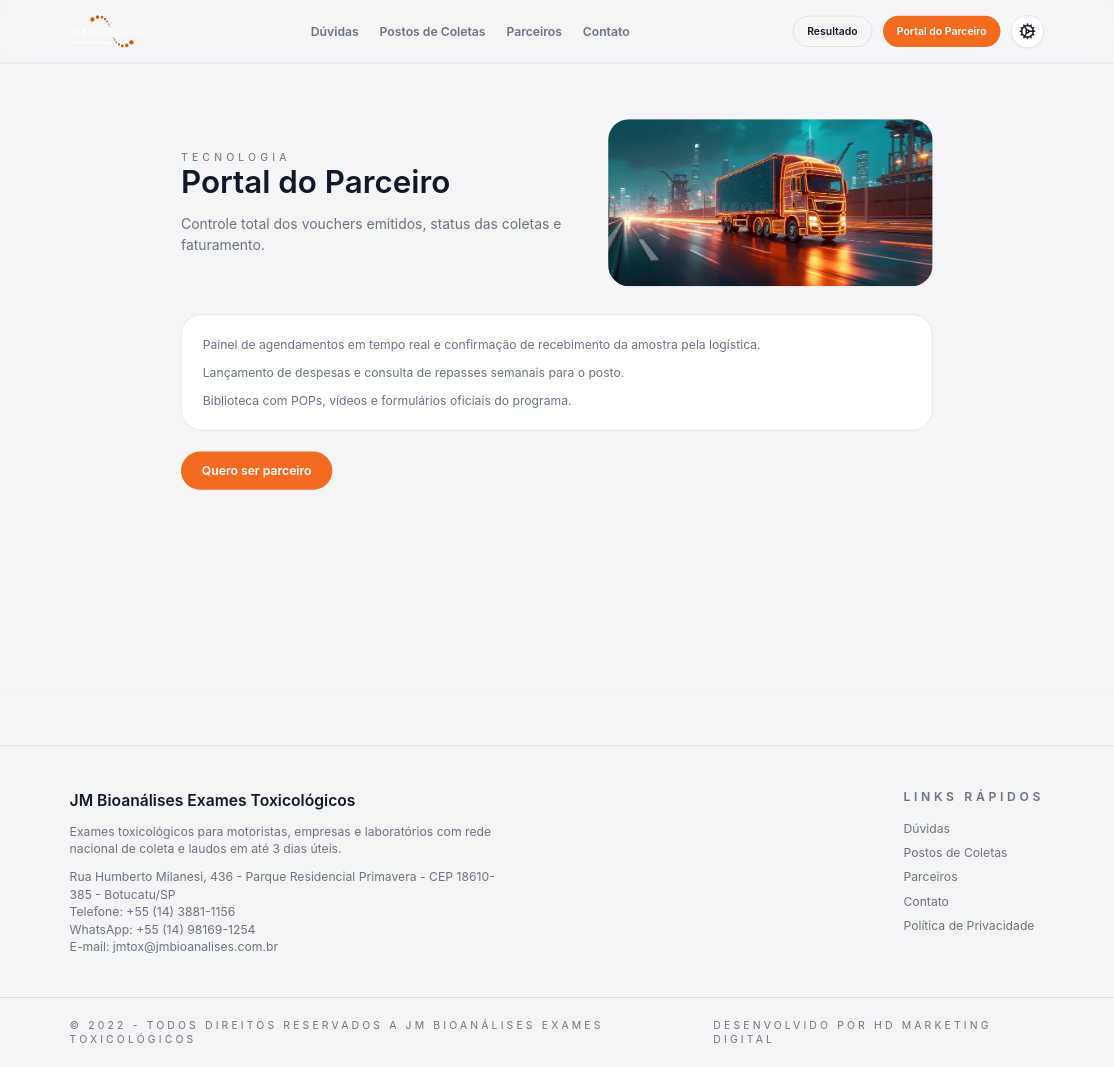
Repository: 1xLab/cat1
Page: /app/parceiros
An editor plug-in stored every save of this project. The page is shown before and after the next save, followed by the edit.
The browser window is 1280 px wide. The pictures show the whole page, at 87% of full size.
The page's requests for data from a server got no answer. The project was rebuilt for these pictures with package versions that can differ from the ones it lists, and the page was loaded fresh each time. The framework's server and built-in components were replaced by stand-ins that run in the browser. No one was signed in, and anything a server would have sent is missing. Also part of the build but not shown: next.config.ts.

Above is the page before, as saved 2025-11-19 21:20:38.

### src/app/layout.tsx
import type { Metadata } from "next";
import { Geist, Geist_Mono } from "next/font/google";
import "./globals.css";

import { Header } from "@/components/layout/header";
import { Footer } from "@/components/layout/footer";
import { baseMetadata } from "@/lib/seo";
import { LabSchema } from "@/components/seo/lab-schema";
import { TagManager } from "@/components/analytics/tag-manager";

const geistSans = Geist({
  variable: "--font-geist-sans",
  subsets: ["latin"],
});

const geistMono = Geist_Mono({
  variable: "--font-geist-mono",
  subsets: ["latin"],
});

export const metadata: Metadata = baseMetadata;

export default function RootLayout({
  children,
}: Readonly<{
  children: React.ReactNode;
}>) {
  return (
    <html lang="pt-BR" data-theme="sunrise">
      <body className={`${geistSans.variable} ${geistMono.variable} antialiased`}>
        <TagManager />
        <LabSchema />
        <Header />
        <main className="min-h-screen bg-[var(--color-bg)] text-[var(--color-text)]">
          {children}
        </main>
        <Footer />
      </body>
    </html>
  );
}

### src/app/app/parceiros/page.tsx
import Image from "next/image";
import type { Metadata } from "next";
import { Button } from "@/components/ui/button";

const illustration = "/imagens/caminhao1.jpg";

export const metadata: Metadata = {
  title: "App Parceiros | JM Tox",
};

export default function AppParceirosPage() {
  return (
    <section className="mx-auto max-w-4xl px-4 py-16">
      <div className="grid gap-6 md:grid-cols-[1fr_0.8fr] md:items-center">
        <div>
          <p className="text-xs uppercase tracking-[0.4em] text-[var(--color-text-muted)]">
            Tecnologia
          </p>
          <h1 className="text-4xl font-semibold text-[var(--color-text)]">
            Portal do Parceiro
          </h1>
          <p className="mt-4 text-[var(--color-text-muted)]">
            Controle total dos vouchers emitidos, status das coletas e
            faturamento.
          </p>
        </div>
        <div className="relative h-48 rounded-3xl">
          <Image
            src={illustration}
            alt="Painel do parceiro"
            fill
            className="rounded-3xl object-cover"
            sizes="(min-width: 768px) 350px, 100vw"
          />
        </div>
      </div>
      <ul className="mt-8 space-y-3 rounded-3xl border border-[var(--color-outline)] bg-[var(--color-surface)] p-6 text-sm text-[var(--color-text-muted)]">
        <li>
          Painel de agendamentos em tempo real e confirmação de recebimento da
          amostra pela logística.
        </li>
        <li>
          Lançamento de despesas e consulta de repasses semanais para o posto.
        </li>
        <li>
          Biblioteca com POPs, vídeos e formulários oficiais do programa.
        </li>
      </ul>
      <Button className="mt-6" asChild>
        <a href="/parceiros">Quero ser parceiro</a>
      </Button>
    </section>
  );
}

### src/app/globals.css
@tailwind base;
@tailwind components;
@tailwind utilities;

:root {
  --color-bg: #f5f5f7;
  --color-surface: #ffffff;
  --color-text: #111827;
  --color-text-muted: #6b7280;
  --color-primary: #f26b21;
  --color-primary-dark: #c65310;
  --color-header: #050608;
  --color-outline: rgba(15, 23, 42, 0.1);
}

[data-theme="sunrise"] {
  --color-bg: #f5f5f7;
  --color-surface: #ffffff;
  --color-text: #111827;
  --color-text-muted: #6b7280;
  --color-primary: #f26b21;
  --color-primary-dark: #c65310;
  --color-header: #050608;
}

[data-theme="midnight"] {
  --color-bg: #050608;
  --color-surface: #111827;
  --color-text: #f9fafb;
  --color-text-muted: #9ca3af;
  --color-primary: #f26b21;
  --color-primary-dark: #f26b21;
  --color-header: #000000;
  --color-outline: rgba(255, 255, 255, 0.1);
}

[data-theme="clinical"] {
  --color-bg: #f3f6fb;
  --color-surface: #ffffff;
  --color-text: #0f172a;
  --color-text-muted: #3f4d63;
  --color-primary: #2563eb;
  --color-primary-dark: #1d4ed8;
  --color-header: #0f172a;
  --color-outline: rgba(15, 23, 42, 0.08);
}

[data-theme="high-contrast"] {
  --color-bg: #000000;
  --color-surface: #000000;
  --color-text: #ffffff;
  --color-text-muted: #f3f4f6;
  --color-primary: #ffbf00;
  --color-primary-dark: #f59e0b;
  --color-header: #000000;
  --color-outline: rgba(255, 255, 255, 0.2);
}

[data-theme="dark"] {
  --color-bg: #111436;
  --color-surface: rgba(255, 255, 255, 0.08);
  --color-text: #fefefe;
  --color-text-muted: #d4ddff;
  --color-primary: #f97316;
  --color-primary-dark: #ea580c;
  --color-header: rgba(17, 20, 54, 0.9);
  --color-outline: rgba(255, 255, 255, 0.2);
}

@layer base {
  * {
    box-sizing: border-box;
  }

  body {
    background: var(--color-bg);
    color: var(--color-text);
    font-family: "Inter", system-ui, -apple-system, BlinkMacSystemFont,
      "Segoe UI", sans-serif;
    min-height: 100vh;
  }
}

@layer utilities {
  .text-balance {
    text-wrap: balance;
  }

  .glass-panel {
    background: color-mix(in srgb, var(--color-surface) 90%, transparent);
    backdrop-filter: blur(18px);
    border: 1px solid color-mix(in srgb, var(--color-outline) 80%, transparent);
    border-radius: 1.5rem;
    box-shadow: 0 15px 45px rgba(15, 23, 42, 0.12);
  }
}

### src/components/layout/header.tsx
import Image from "next/image";
import Link from "next/link";
import { ThemeSwitcher } from "@/components/theme-switcher";
import { Button } from "@/components/ui/button";

const navItems = [
  { label: "Dúvidas", href: "/duvidas-frequentes" },
  { label: "Postos de Coletas", href: "/postos-de-coletas" },
  { label: "Parceiros", href: "/parceiros" },
  { label: "Contato", href: "/contato" },
];

export function Header() {
  return (
    <header className="sticky top-0 z-40 border-b border-[var(--color-outline)] bg-[var(--color-header)]/15 backdrop-blur-md">
      <div className="container mx-auto flex max-w-6xl items-center justify-between gap-4 px-4 py-4">
        <Link href="/" className="flex items-center gap-3">
          <Image
            src="/logo-jm-bioanalises-branco.png"
            alt="JM Bioanálises"
            width={150}
            height={42}
            className="h-10 w-auto"
            priority
          />
          <span className="sr-only">JM Bioanálises</span>
        </Link>
        <nav className="hidden items-center gap-6 text-sm font-semibold text-[var(--color-text-muted)] lg:flex">
          {navItems.map((item) => (
            <Link
              key={item.href}
              href={item.href}
              className="transition hover:text-[var(--color-text)]"
            >
              {item.label}
            </Link>
          ))}
        </nav>
        <div className="flex items-center gap-3">
          <Button asChild variant="outline" size="sm">
            <Link href="/duvidas-frequentes#resultado-online">Resultado</Link>
          </Button>
          <Button asChild size="sm">
            <Link href="/parceiros">Portal do Parceiro</Link>
          </Button>
          <ThemeSwitcher />
        </div>
      </div>
      <div className="border-t border-[var(--color-outline)] bg-[var(--color-header)] px-4 py-3 lg:hidden">
        <nav className="flex flex-wrap gap-3 text-sm font-semibold text-[var(--color-text-muted)]">
          {navItems.map((item) => (
            <Link
              key={item.href}
              href={item.href}
              className="rounded-full border border-gray-600 px-3 py-1 transition hover:border-[var(--color-primary)] hover:text-white"
            >
              {item.label}
            </Link>
          ))}
        </nav>
      </div>
    </header>
  );
}

### src/components/layout/footer.tsx
import Link from "next/link";

import { siteConfig } from "@/lib/site";

const quickLinks = [
  { label: "Dúvidas", href: "/duvidas-frequentes" },
  { label: "Postos de Coletas", href: "/postos-de-coletas" },
  { label: "Parceiros", href: "/parceiros" },
  { label: "Contato", href: "/contato" },
  { label: "Política de Privacidade", href: "/politica-de-privacidade" },
];

export function Footer() {
  return (
    <footer className="mt-16 border-t border-[var(--color-outline)] bg-[var(--color-surface)]/95">
      <div className="mx-auto flex max-w-6xl flex-col gap-8 px-4 py-12 md:flex-row md:justify-between">
        <div className="max-w-lg space-y-3">
          <p className="text-lg font-semibold text-[var(--color-text)]">
            {siteConfig.name}
          </p>
          <p className="text-sm text-[var(--color-text-muted)]">
            {siteConfig.description}
          </p>
          <div className="text-sm text-[var(--color-text-muted)]">
            <p>{siteConfig.address}</p>
            <p>Telefone: {siteConfig.contacts.phone}</p>
            <p>WhatsApp: {siteConfig.contacts.mobile}</p>
            <p>E-mail: {siteConfig.contacts.email}</p>
          </div>
        </div>
        <div>
          <p className="text-sm font-semibold uppercase tracking-[0.3em] text-[var(--color-text-muted)]">
            Links rápidos
          </p>
          <ul className="mt-4 space-y-2 text-sm">
            {quickLinks.map((link) => (
              <li key={link.href}>
                <Link
                  href={link.href}
                  className="text-[var(--color-text-muted)] transition hover:text-[var(--color-text)]"
                >
                  {link.label}
                </Link>
              </li>
            ))}
          </ul>
        </div>
      </div>
      <div className="border-t border-[var(--color-outline)]">
        <div className="mx-auto flex max-w-6xl flex-col gap-2 px-4 py-6 text-xs uppercase tracking-[0.3em] text-[var(--color-text-muted)] md:flex-row md:items-center md:justify-between">
          <p>
            © 2022 - Todos Direitos Reservados a JM Bioanálises Exames Toxicológicos
          </p>
          <p>Desenvolvido por HD Marketing Digital</p>
        </div>
      </div>
    </footer>
  );
}

### src/lib/seo.ts
import type { Metadata } from "next";
import { siteConfig } from "./site";

type SEOParams = {
  title?: string;
  description?: string;
  path?: string;
};

export const baseMetadata: Metadata = {
  metadataBase: new URL(siteConfig.url),
  title: {
    default: `${siteConfig.name} | Laboratório de Toxicologia`,
    template: `%s | ${siteConfig.name}`,
  },
  description: siteConfig.description,
  openGraph: {
    type: "website",
    url: siteConfig.url,
    title: siteConfig.name,
    description: siteConfig.description,
    images: [
      {
        url: siteConfig.ogImage,
        width: 1200,
        height: 630,
        alt: siteConfig.name,
      },
    ],
  },
  twitter: {
    card: "summary_large_image",
    title: siteConfig.name,
    description: siteConfig.description,
    images: [siteConfig.ogImage],
  },
  icons: {
    icon: "/favicon.ico",
  },
};

export const generatePageMetadata = ({
  title,
  description,
  path = "",
}: SEOParams): Metadata => ({
  ...baseMetadata,
  title,
  description,
  alternates: {
    canonical: path ? `${siteConfig.url}${path}` : siteConfig.url,
  },
});

### src/components/seo/lab-schema.tsx
export function LabSchema() {
  const jsonLd = {
    "@context": "https://schema.org",
    "@type": "MedicalOrganization",
    name: "JM Bioanálises Exames Toxicológicos",
    url: "https://jmtox.com.br",
    address: {
      "@type": "PostalAddress",
      streetAddress:
        "Rua Humberto Milanesi, 436 - Parque Residencial Primavera",
      addressLocality: "Botucatu",
      addressRegion: "SP",
      postalCode: "18610-385",
      addressCountry: "BR",
    },
    contactPoint: {
      "@type": "ContactPoint",
      telephone: "+55-14-3881-1156",
      contactType: "customer service",
      availableLanguage: ["Portuguese", "English"],
    },
    sameAs: ["https://www.linkedin.com/company/jmbioanalises"],
    medicalSpecialty: ["Toxicologic"],
  };

  return (
    <script
      type="application/ld+json"
      dangerouslySetInnerHTML={{ __html: JSON.stringify(jsonLd) }}
    />
  );
}

### src/components/analytics/tag-manager.tsx
"use client";

import Script from "next/script";

export function TagManager() {
  const id = process.env.NEXT_PUBLIC_GTM_ID;
  if (!id) return null;

  return (
    <>
      <Script id="gtm-loader">
        {`
          (function(w,d,s,l,i){w[l]=w[l]||[];w[l].push({'gtm.start':
          new Date().getTime(),event:'gtm.js'});var f=d.getElementsByTagName(s)[0],
          j=d.createElement(s),dl=l!='dataLayer'?'&l='+l:'';j.async=true;j.src=
          'https://www.googletagmanager.com/gtm.js?id='+i+dl;f.parentNode.insertBefore(j,f);
          })(window,document,'script','dataLayer','${id}');
        `}
      </Script>
      <noscript>
        <iframe
          src={`https://www.googletagmanager.com/ns.html?id=${id}`}
          height="0"
          width="0"
          style={{ display: "none", visibility: "hidden" }}
        />
      </noscript>
    </>
  );
}

### src/components/ui/button.tsx
"use client";

import * as React from "react";
import { Slot } from "@radix-ui/react-slot";
import { cva, type VariantProps } from "class-variance-authority";

import { cn } from "@/lib/utils";

const buttonVariants = cva(
  "inline-flex items-center justify-center whitespace-nowrap rounded-full text-sm font-semibold transition focus-visible:outline-none focus-visible:ring-2 focus-visible:ring-[var(--color-primary)] disabled:pointer-events-none disabled:opacity-60",
  {
    variants: {
      variant: {
        default:
          "bg-[var(--color-primary)] text-white hover:bg-[var(--color-primary-dark)]",
        secondary:
          "bg-[var(--color-surface)] text-[var(--color-text)] border border-[var(--color-outline)] hover:border-[var(--color-primary)]",
        outline:
          "border border-[var(--color-outline)] text-[var(--color-text)] hover:border-[var(--color-primary)] hover:text-[var(--color-text)]",
        ghost: "text-[var(--color-text)] hover:bg-[var(--color-outline)]/30",
        link: "underline-offset-4 text-[var(--color-primary)] hover:underline",
      },
      size: {
        default: "h-11 px-6",
        sm: "h-9 px-4 text-xs",
        lg: "h-12 px-8 text-base",
        icon: "h-10 w-10",
      },
    },
    defaultVariants: {
      variant: "default",
      size: "default",
    },
  }
);

export interface ButtonProps
  extends React.ButtonHTMLAttributes<HTMLButtonElement>,
    VariantProps<typeof buttonVariants> {
  asChild?: boolean;
}

const Button = React.forwardRef<HTMLButtonElement, ButtonProps>(
  ({ className, variant, size, asChild = false, ...props }, ref) => {
    const Comp = asChild ? Slot : "button";
    return (
      <Comp
        className={cn(buttonVariants({ variant, size, className }))}
        ref={ref}
        {...props}
      />
    );
  }
);
Button.displayName = "Button";

export { Button, buttonVariants };

### src/components/theme-switcher.tsx
"use client";

import { useEffect, useState } from "react";
import { Cog, Check } from "lucide-react";
import { cn } from "@/lib/utils";

const themes = [
  { id: "sunrise", name: "Sunrise Light", description: "Luz natural com laranja vibrante." },
  { id: "midnight", name: "Midnight Dark", description: "Interface escura para salas de comando." },
  { id: "clinical", name: "Clinical Light", description: "Azul clínico com fundos neutros." },
  { id: "high-contrast", name: "High Contrast", description: "Alto contraste para máxima leitura." },
];

function applyThemeValue(
  value: string,
  setTheme: (theme: string) => void
) {
  const next = themes.find((item) => item.id === value) ? value : "sunrise";
  setTheme(next);
  document.documentElement.setAttribute("data-theme", next);
  try {
    localStorage.setItem("jmbio-theme", next);
  } catch {
    /* ignore */
  }
}

export function ThemeSwitcher() {
  const [open, setOpen] = useState(false);
  const [theme, setTheme] = useState("sunrise");

  useEffect(() => {
    let stored = "sunrise";
    try {
      stored = localStorage.getItem("jmbio-theme") || "sunrise";
    } catch {
      stored = "sunrise";
    }
    applyThemeValue(stored, setTheme);
  }, []);

  function apply(value: string) {
    applyThemeValue(value, setTheme);
  }

  return (
    <div className="relative">
      <button
        aria-label="Alterar tema do site"
        className="rounded-full border border-[var(--color-outline)] bg-[var(--color-surface)] p-2 text-[var(--color-text)] shadow-sm transition hover:shadow-md"
        onClick={() => setOpen((prev) => !prev)}
      >
        <Cog className="h-5 w-5" />
      </button>
      {open && (
        <div className="absolute right-0 z-50 mt-3 w-64 rounded-2xl border border-[var(--color-outline)] bg-[var(--color-surface)] p-4 shadow-xl">
          <p className="text-xs font-semibold uppercase tracking-[0.3em] text-[var(--color-text-muted)]">
            Temas
          </p>
          <div className="mt-3 space-y-2">
            {themes.map((item) => (
              <button
                key={item.id}
                className={cn(
                  "flex w-full items-start gap-2 rounded-2xl border border-transparent p-3 text-left transition hover:border-[var(--color-outline)]",
                  theme === item.id && "border-[var(--color-primary)] bg-[var(--color-primary)]/10"
                )}
                onClick={() => apply(item.id)}
              >
                <span className="mt-1 text-[var(--color-primary)]">
                  {theme === item.id ? <Check className="h-4 w-4" /> : <span className="block h-4 w-4 rounded-full border border-[var(--color-outline)]" />}
                </span>
                <span>
                  <span className="font-semibold text-[var(--color-text)]">{item.name}</span>
                  <span className="block text-xs text-[var(--color-text-muted)]">{item.description}</span>
                </span>
              </button>
            ))}
          </div>
        </div>
      )}
    </div>
  );
}

### src/lib/site.ts
export const siteConfig = {
  name: "JM Bioanálises Exames Toxicológicos",
  description:
    "Exames toxicológicos para motoristas, empresas e laboratórios com rede nacional de coleta e laudos em até 3 dias úteis.",
  url: "https://jmtox.com.br",
  ogImage: "/logo-jm-bioanalises-branco.png",
  social: {
    linkedin: "https://www.linkedin.com/company/jmbioanalises",
    whatsapp: "https://api.whatsapp.com/send?phone=5514981691254",
  },
  contacts: {
    phone: "+55 (14) 3881-1156",
    mobile: "+55 (14) 98169-1254",
    email: "jmtox@jmbioanalises.com.br",
  },
  address:
    "Rua Humberto Milanesi, 436 - Parque Residencial Primavera - CEP 18610-385 - Botucatu/SP",
};

export type SiteConfig = typeof siteConfig;

### src/lib/utils.ts
import { type ClassValue, clsx } from "clsx";
import { twMerge } from "tailwind-merge";

export function cn(...inputs: ClassValue[]) {
  return twMerge(clsx(inputs));
}

export function formatPhone(phone: string) {
  const digits = phone.replace(/\D/g, "");
  const match = digits.match(/^(\d{2})(\d{5})(\d{4})$/);
  if (!match) return phone;
  return `(${match[1]}) ${match[2]}-${match[3]}`;
}

export function slugify(value: string) {
  return value
    .toLowerCase()
    .normalize("NFD")
    .replace(/[\u0300-\u036f]/g, "")
    .replace(/[^a-z0-9]+/g, "-")
    .replace(/(^-|-$)+/g, "");
}

export function formatIsoDate(date: string) {
  return new Date(date).toLocaleDateString("pt-BR", {
    day: "2-digit",
    month: "short",
    year: "numeric",
  });
}

### tailwind.config.ts
import type { Config } from "tailwindcss";
import { fontFamily } from "tailwindcss/defaultTheme";
import animate from "tailwindcss-animate";

const config: Config = {
  darkMode: ["class"],
  content: ["./src/**/*.{ts,tsx}"],
  theme: {
    container: {
      center: true,
      padding: {
        DEFAULT: "1.5rem",
        md: "2rem",
      },
      screens: {
        "2xl": "1320px",
      },
    },
    extend: {
      colors: {
        border: "hsl(var(--border))",
        input: "hsl(var(--input))",
        ring: "hsl(var(--ring))",
        background: "hsl(var(--background))",
        foreground: "hsl(var(--foreground))",
        primary: {
          DEFAULT: "hsl(var(--primary))",
          foreground: "hsl(var(--primary-foreground))",
        },
        secondary: {
          DEFAULT: "hsl(var(--secondary))",
          foreground: "hsl(var(--secondary-foreground))",
        },
        muted: {
          DEFAULT: "hsl(var(--muted))",
          foreground: "hsl(var(--muted-foreground))",
        },
        accent: {
          DEFAULT: "hsl(var(--accent))",
          foreground: "hsl(var(--accent-foreground))",
        },
        destructive: {
          DEFAULT: "hsl(var(--destructive))",
          foreground: "hsl(var(--destructive-foreground))",
        },
        card: {
          DEFAULT: "hsl(var(--card))",
          foreground: "hsl(var(--card-foreground))",
        },
      },
      borderRadius: {
        lg: "var(--radius)",
        md: "calc(var(--radius) - 2px)",
        sm: "calc(var(--radius) - 4px)",
      },
      fontFamily: {
        sans: ["var(--font-geist-sans)", ...fontFamily.sans],
        mono: ["var(--font-geist-mono)", ...fontFamily.mono],
      },
      backgroundImage: {
        "grid-fade":
          "radial-gradient(circle at 20% 20%, hsla(var(--primary),0.25), transparent 55%), radial-gradient(circle at 80% 0%, hsla(var(--accent),0.3), transparent 60%)",
      },
    },
  },
  plugins: [animate],
};

export default config;

After the next save:
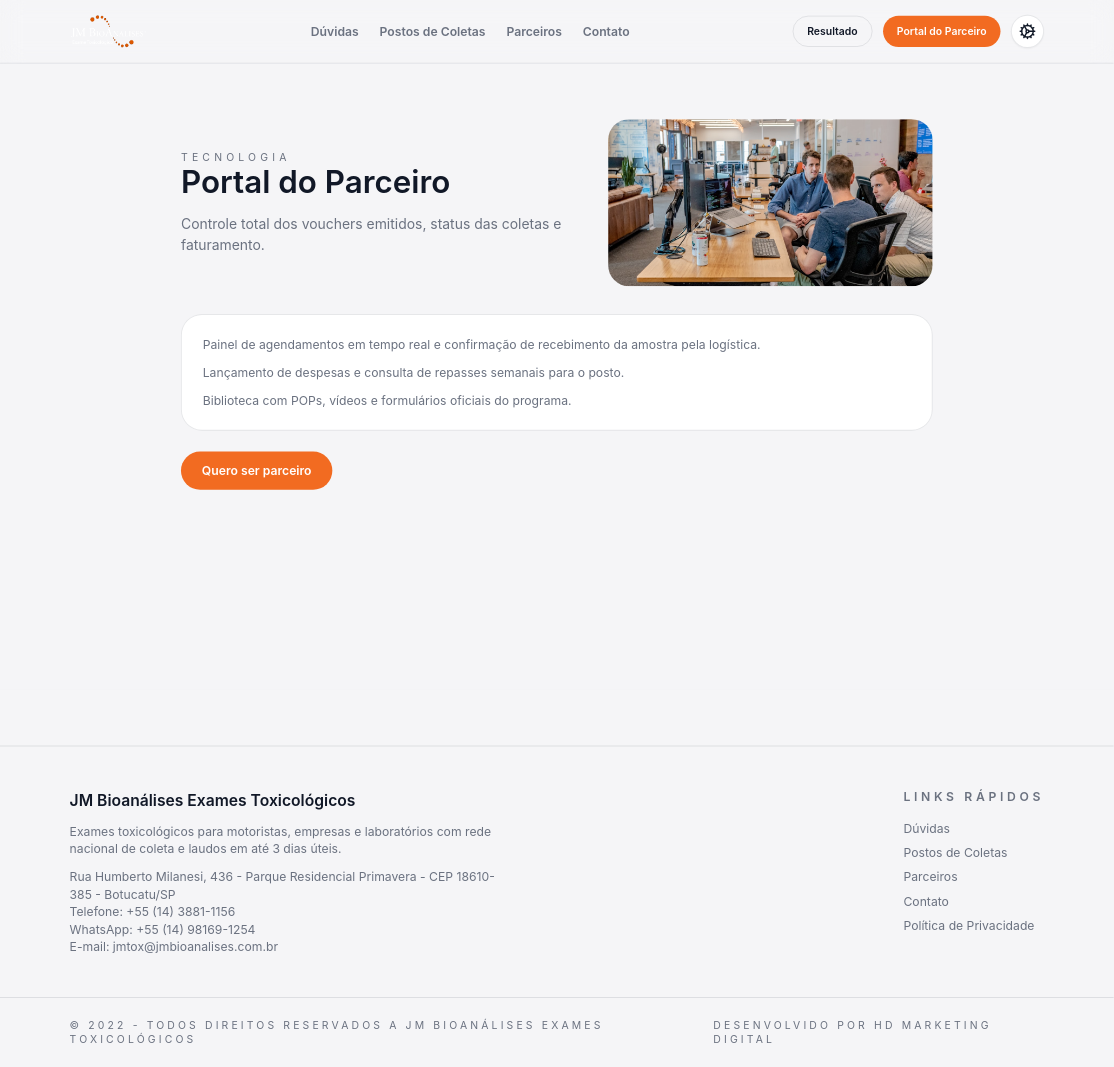
Saved 7 s later.
--- a/src/app/app/parceiros/page.tsx
+++ b/src/app/app/parceiros/page.tsx
@@ -2,7 +2,7 @@ import Image from "next/image";
 import type { Metadata } from "next";
 import { Button } from "@/components/ui/button";
 
-const illustration = "/imagens/caminhao1.jpg";
+const illustration = "/imagens/illustration-app-parceiros.jpg";
 
 export const metadata: Metadata = {
   title: "App Parceiros | JM Tox",
